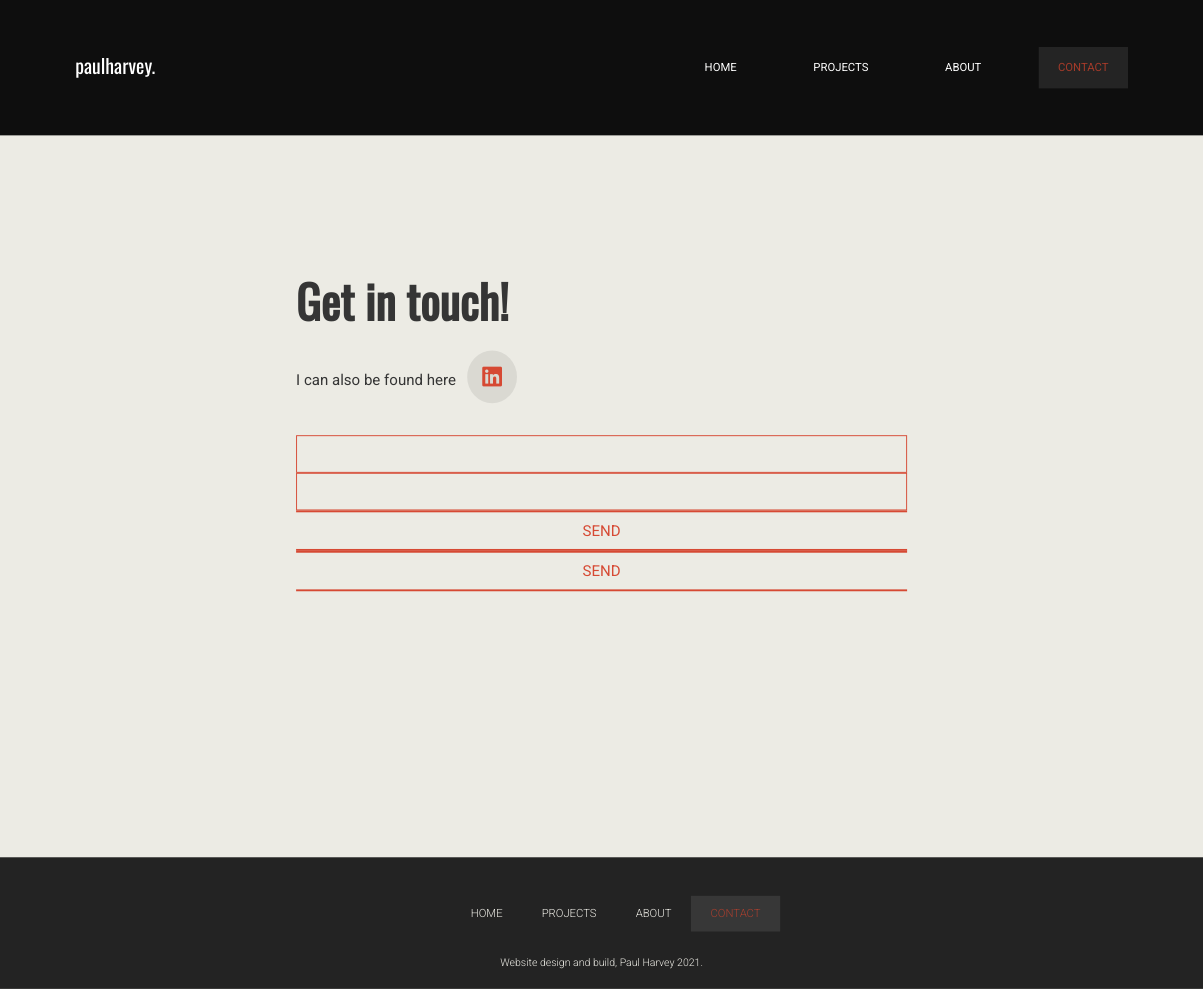
Repository: pavhns20/my-new-portfolio
Page: www/contact.html
These files come from the project's save history. The page is drawn as it stood at one moment and after the next save; the edit follows.
The browser window is 1280 px wide. The pictures show the whole page, at 94% of full size.
Some web libraries are served in a nearby version.

Above is the page before, as saved 2022-01-11 10:11:54.
Console error: TypeError: Cannot read properties of null (reading 'addEventListener')

After the next save:
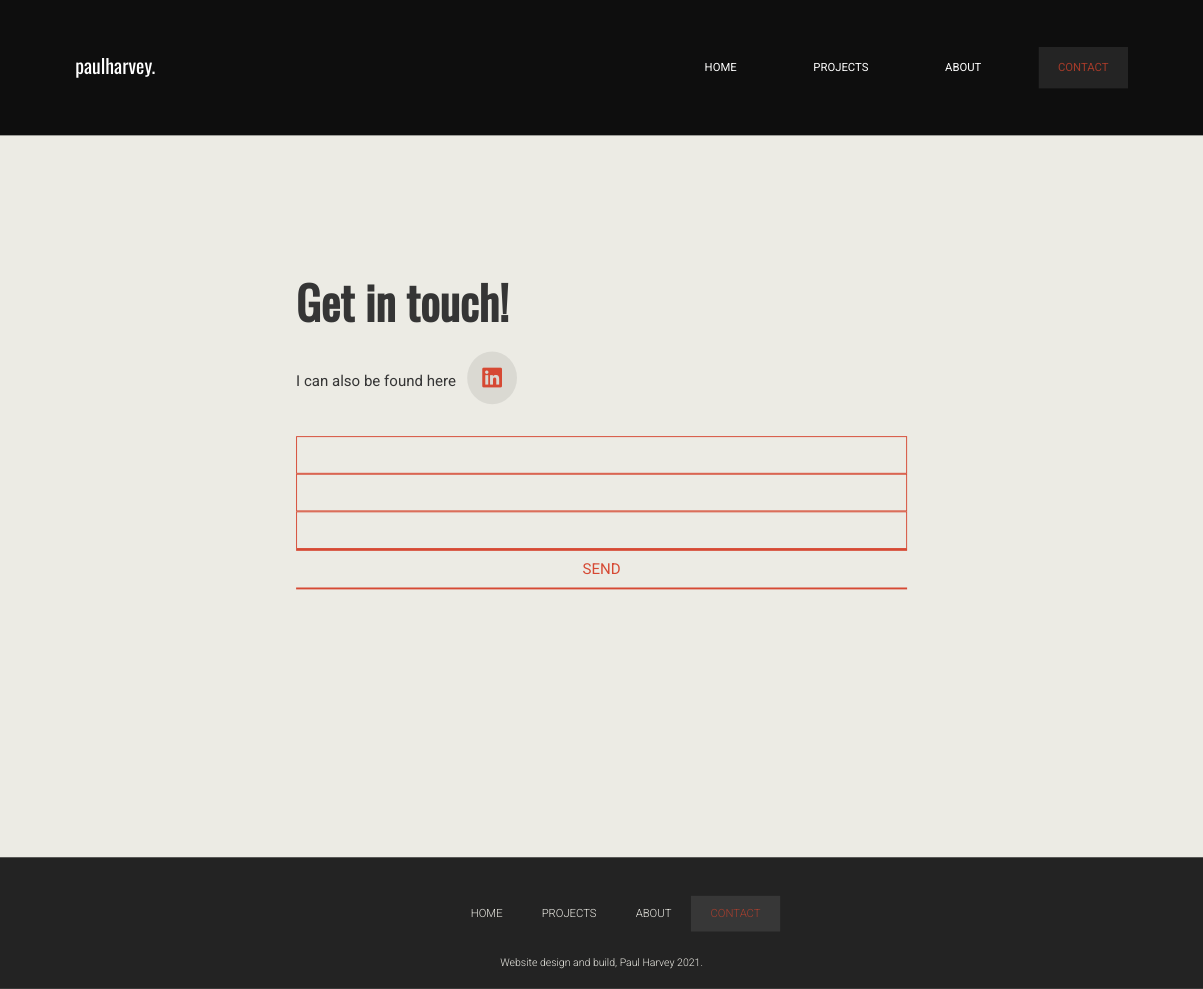
Saved 3 min 4 s later.
--- a/www/contact.html
+++ b/www/contact.html
@@ -93,9 +93,10 @@
 							<i class="fab fa-linkedin"></i></a
 					></span>
 					<br /><br />
-					<form action="https://formsubmit.co/your@email.com" method="POST">
+					<form action="https://formsubmit.co/paul.harvey1@gmail.com" method="POST">
 						<input type="text" name="name" required>
 						<input type="email" name="email" required>
+						<input type="textarea" name="textarea" required>
 						<button type="submit" class="view-btn" id="big-btn">SEND</button>
 			 </form>
 					<!-- <form
@@ -133,7 +134,7 @@
 					</form>
 
 					<!-- <a class="view-btn" href="contact.html">GET IN TOUCH</a> -->
-					<button type="submit" class="view-btn" id="big-btn">SEND</button>
+					<!-- <button type="submit" class="view-btn" id="big-btn">SEND</button> -->
 				</div>
 			</section>
 		</main>
